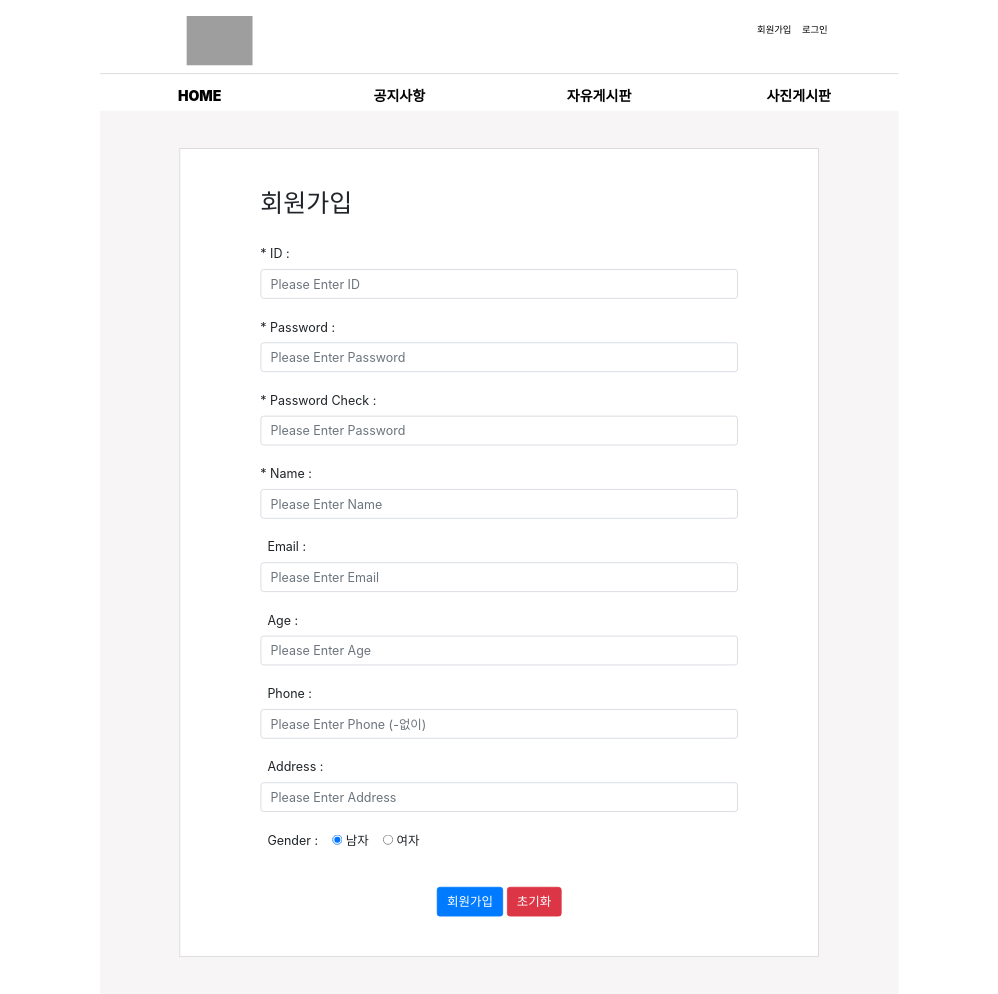
Repository: rnjsmj/springframework2
Page: http://localhost/springProject/WEB-INF/views/member/enrollform.jsp
An editor plug-in stored every save of this project. The page is shown before and after the next save, followed by the edit.
The browser window is 1280 px wide. The pictures show the whole page, at 78% of full size.
Pictures or frames that could not be fetched are drawn as grey boxes. The page is served by Tomcat 9. Nobody is signed in. Other server files are loaded and not shown. The template is opened directly, without the code that normally fills it, so the values that code supplies are empty.

Above is the page before, as saved 2024-06-18 00:41:54.

### springProject/src/main/webapp/WEB-INF/views/member/enrollform.jsp
<%@ page language="java" contentType="text/html; charset=UTF-8"
    pageEncoding="UTF-8"%>
<!DOCTYPE html>
<html lang="en">
<head>
    <meta charset="UTF-8">
    <title>Document</title>
</head>
<body>

    <!-- 메뉴바 -->
    <jsp:include page="../common/menubar.jsp" />

    <div class="content">
        <br><br>
        <div class="innerOuter">
            <h2>회원가입</h2>
            <br>

            <form action="" method="post">
                <div class="form-group">
                    <label for="userId">* ID : </label>
                    <input type="text" class="form-control" id="userId" placeholder="Please Enter ID" name="" required> <br>

                    <label for="userPwd">* Password : </label>
                    <input type="password" class="form-control" id="userPwd" placeholder="Please Enter Password" name="" required> <br>

                    <label for="checkPwd">* Password Check : </label>
                    <input type="password" class="form-control" id="checkPwd" placeholder="Please Enter Password" required> <br>

                    <label for="userName">* Name : </label>
                    <input type="text" class="form-control" id="userName" placeholder="Please Enter Name" name="" required> <br>

                    <label for="email"> &nbsp; Email : </label>
                    <input type="text" class="form-control" id="email" placeholder="Please Enter Email" name=""> <br>

                    <label for="age"> &nbsp; Age : </label>
                    <input type="number" class="form-control" id="age" placeholder="Please Enter Age" name=""> <br>

                    <label for="phone"> &nbsp; Phone : </label>
                    <input type="tel" class="form-control" id="phone" placeholder="Please Enter Phone (-없이)" name=""> <br>

                    <label for="address"> &nbsp; Address : </label>
                    <input type="text" class="form-control" id="address" placeholder="Please Enter Address" name=""> <br>

                    <label for=""> &nbsp; Gender : </label> &nbsp;&nbsp;
                    <input type="radio" id="Male" value="M" name="" checked>
                    <label for="Male">남자</label> &nbsp;&nbsp;
                    <input type="radio" id="Female" value="F" name="">
                    <label for="Female">여자</label> &nbsp;&nbsp;
                </div>
                <br>
                <div class="btns" align="center">
                    <button type="submit" class="btn btn-primary">회원가입</button>
                    <button type="reset" class="btn btn-danger">초기화</button>
                </div>
            </form>
        </div>
        <br><br>

    </div>

    <!-- 푸터바 -->
    <jsp:include page="" />

</body>
</html>

### springProject/src/main/webapp/WEB-INF/views/common/menubar.jsp
<%@ page language="java" contentType="text/html; charset=UTF-8"
    pageEncoding="UTF-8"%>
<%@ taglib prefix="c" uri="http://java.sun.com/jsp/jstl/core" %>
<!DOCTYPE html>
<html lang="en">
<head>
    <meta charset="UTF-8">
    <title>Document</title>
    <script src="https://ajax.googleapis.com/ajax/libs/jquery/3.7.1/jquery.min.js"></script>
    <link rel="stylesheet" href="https://maxcdn.bootstrapcdn.com/bootstrap/4.5.2/css/bootstrap.min.css">
    <script src="https://maxcdn.bootstrapcdn.com/bootstrap/4.5.2/js/bootstrap.min.js"></script>
    <style>
        div {box-sizing:border-box;}
        #header {
            width:80%;
            height:100px;
            padding-top:20px;
            margin:auto;
        }
        #header>div {width:100%; margin-bottom:10px;}
        #header_1 {height:80%;}
        #header_2 {height:60%;}

        #header_1>div{
            height:100%;
            float:left;
        }
        #header_1_left {width:30%; position:relative;}
        #header_1_center {width:40%;}
        #header_1_right {width:30%;}

        #header_1_left>img {height:100%; position:absolute; margin:auto; top:0px; bottom:0px; right:0px; left:0px;}
        #header_1_right {text-align:center; line-height:35px; font-size:12px; text-indent:35px;}
        #header_1_right>a {margin:5px;}
        #header_1_right>a:hover {cursor:pointer;}

        #header_2>ul {width:100%; height:100%; list-style-type:none; margin:auto; padding:0;}
        #header_2>ul>li {float:left; width:25%; height:100%; line-height:55px; text-align:center;}
        #header_2>ul>li a {text-decoration:none; color:black; font-size:18px; font-weight:900;}

        #header_2 {border-top:1px solid lightgray;}

        #header a {text-decoration:none; color:black;}

        .content {
            background-color:rgb(247, 245, 245);
            width:80%;
            margin:auto;
        }
        .innerOuter {
            border:1px solid lightgray;
            width:80%;
            margin:auto;
            padding:5% 10%;
            background-color:white;
        }

    </style>
</head>
<body>

    <div id="header">
        <div id="header_1">
            <div id="header_1_left">
                <img src="https://kh-academy.co.kr/resources/images/main/logo.svg" alt="">
            </div>
            <div id="header_1_center"></div>
            <div id="header_1_right">
                <!-- 로그인 전 -->

                <c:choose>
	                <c:when test="${ sessionScope.loginUser eq null }"> <!-- empty 는 빈 문자열도 비교하므로 not empty 는 null값도 아니면서 문자열도 비어있지 않는 경우 -->
		                <a href="">회원가입</a>
		                <a data-toggle="modal" data-target="#loginModal">로그인</a> <!-- 모달의 원리 : 이 버튼 클릭시 data-targer에 제시되어있는 해당 아이디의 div요소를 띄워줌 -->
		            </c:when>
	                <c:otherwise>
	                <!-- 로그인 후 -->
	                    <label>${ sessionScope.loginUser.userName }님 환영합니다</label> &nbsp;&nbsp;
	                    <a href="">마이페이지</a>
	                    <a href="logout.do">로그아웃</a>
	               	</c:otherwise>
               	</c:choose>
            </div>
        </div>
        <div id="header_2">
            <ul>
                <li><a href="">HOME</a></li>
                <li><a href="">공지사항</a></li>
                <li><a href="">자유게시판</a></li>
                <li><a href="">사진게시판</a></li>
            </ul>
        </div>
    </div>

    <!-- 로그인 클릭 시 뜨는 모달 (기존에는 안보이다가 위의 a 클릭 시 보임) -->
    <div class="modal fade" id="loginModal">
        <div class="modal-dialog modal-sm">
            <div class="modal-content">
                <!-- Modal Header -->
                <div class="modal-header">
                    <h4 class="modal-title">Login</h4>
                    <button type="button" class="close" data-dismiss="modal">&times;</button>
                </div>

                <form action="login.do" method="post">
                    <!-- Modal body -->
                    <div class="modal-body">
                        <label for="userId" class="mr-sm-2">ID : </label>
                        <input type="text" class="form-control mb-2 mr-sm-2" placeholder="Enter ID" id="userId" name="userId"> <br>
                        <label for="userPwd" class="mr-sm-2">Password : </label>
                        <input type="password" class="form-control mb-2 mr-sm-2" placeholder="Enter Password" id="userPwd" name="userPwd">
                    </div>

                    <!-- Modal footer -->
                    <div class="modal-footer">
                        <button type="submit" class="btn btn-primary">로그인</button>
                        <button type="button" class="btn btn-danger" data-dismiss="modal">취소</button>
                    </div>
                </form>
            </div>
        </div>

    </div>

    <br style="clear:both">
</body>
</html>

### springProject/src/main/webapp/WEB-INF/views/common/footer.jsp
<%@ page language="java" contentType="text/html; charset=UTF-8"
    pageEncoding="UTF-8"%>
<!DOCTYPE html>
<html lang="en">
<head>
    <meta charset="UTF-8">
    <title>Document</title>
    <style>
        /* div{border:1px solid red;} */
        #footer {
            width:80%;
            height:200px;
            margin:auto;
            margin-top:50px;
        }
        #footer-1 {
            width:100%;
            height:20%;
            border-top:1px solid lightgray;
            border-bottom:1px solid lightgray;
        }
        #footer-2 {width:100%; height:80%;}
        #footer-1, #footer-2 {padding-left:50px;}
        #footer-1>a {
            text-decoration:none;
            font-weight:600;
            margin:10px;
            line-height:40px;
            color:black;
        }
        #footer-2>p {
            margin:0;
            padding:10px;
            font-size:13px;
        }
        #p2 {text-align:center;}
    </style>
</head>
<body>
    <div id="footer">
        <div id="footer-1">
            <a href="#">이용약관</a> |
            <a href="#">개인정보취급방침</a> |
            <a href="#">인재채용</a> |
            <a href="#">고객센터</a>
        </div>

        <div id="footer-2">
            <p id="p1">
                강남지원 1관 : 서울특별시 강남구 테헤란로14길 6 남도빌딩 2F, 3F, 4F, 5F, 6F <br>
                강남지원 2관 : 서울특별시 강남구 테헤란로10길 9 그랑프리 빌딩 4F, 5F, 7F <br>
                강남지원 3관 : 서울특별시 강남구 테헤란로 130 호산빌딩 5F, 6F <br>
                종로지원 : 서울특별시 중구 남대문로 120 대일빌딩 2F, 3F <br>
                당산지원 : 서울특별시 영등포구 선유동2로 57 이레빌딩 (구관) 19F, 20F
            </p>
            <p id="p2">Copyright © 1998-2024 승철 Educational Institute All Right Reserved</p>
        </div>
    </div>
</body>
</html>

After the next save:
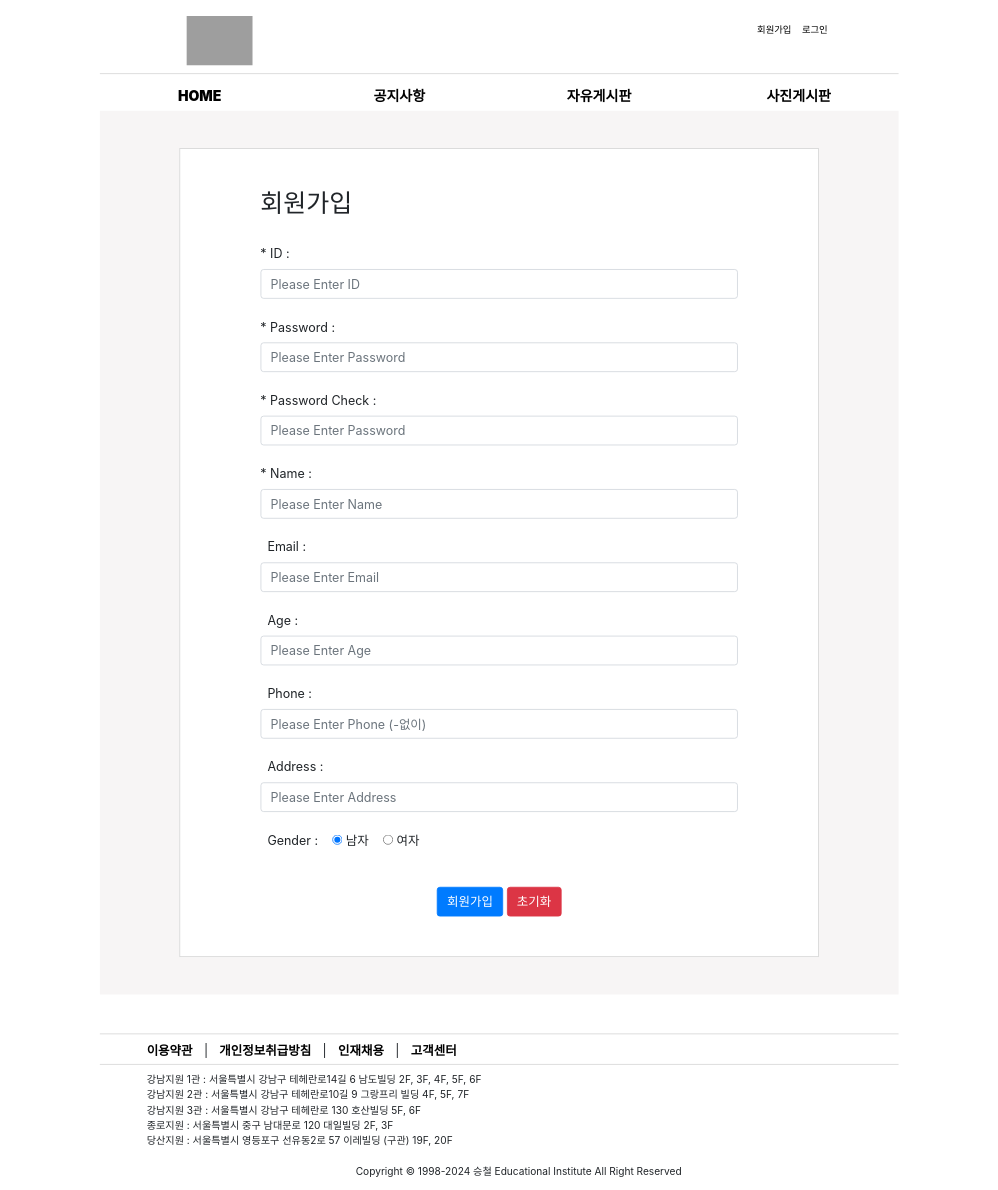
Saved 10 s later.
--- a/springProject/src/main/webapp/WEB-INF/views/member/enrollform.jsp
+++ b/springProject/src/main/webapp/WEB-INF/views/member/enrollform.jsp
@@ -61,7 +61,7 @@
     </div>
 
     <!-- 푸터바 -->
-    <jsp:include page="" />
+    <jsp:include page="../common/footer.jsp" />
 
 </body>
 </html>
